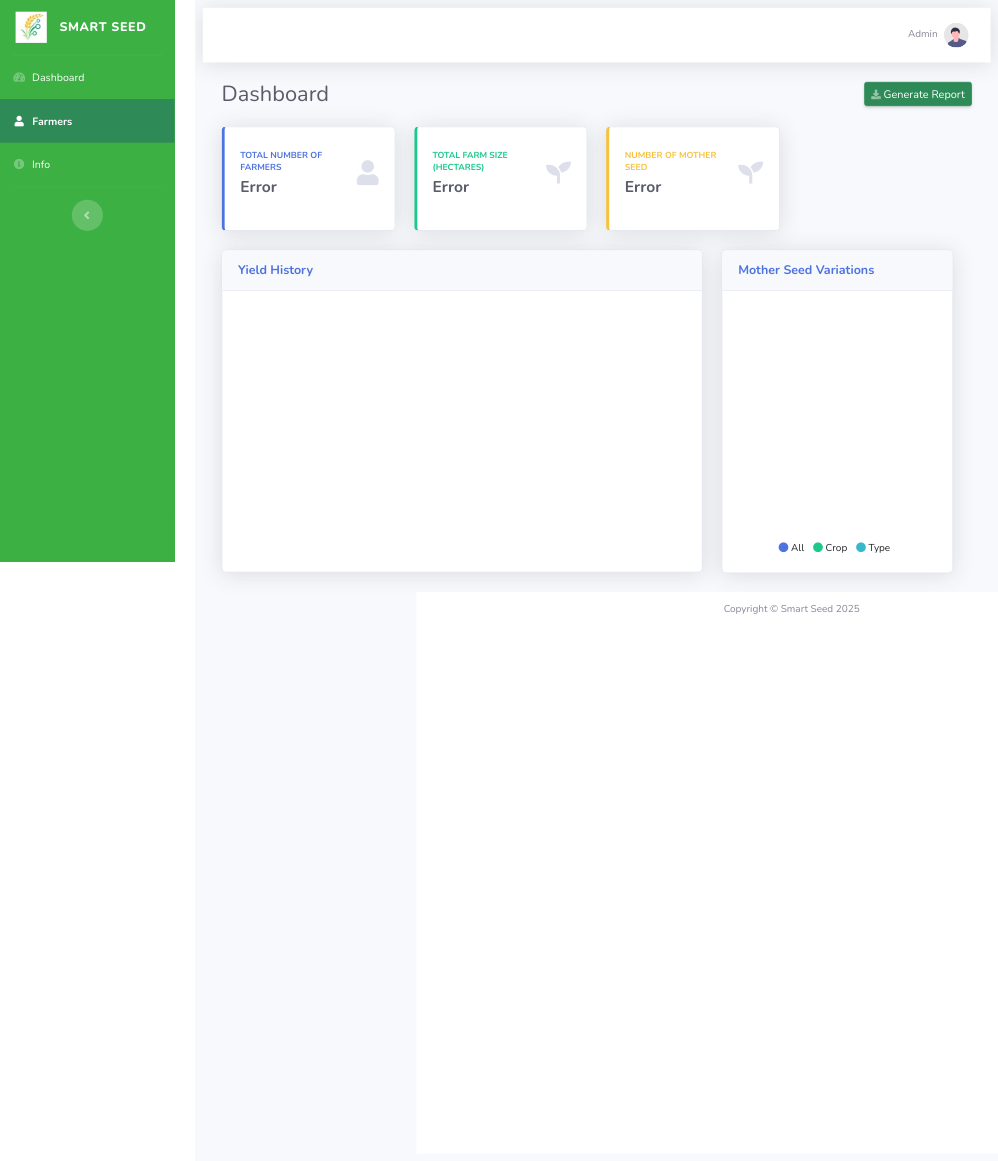
Repository: IFoundGeorge/Smart-Seed-v8-master
Page: src/index.html
An editor plug-in stored every save of this project. The page is shown before and after the next save, followed by the edit.
The browser window is 1280 px wide. The pictures show the whole page, at 78% of full size.
The page's requests for data from a server got no answer. Some web libraries are served in a nearby version.

Above is the page before, as saved 2025-03-26 02:24:47.

After the next save:
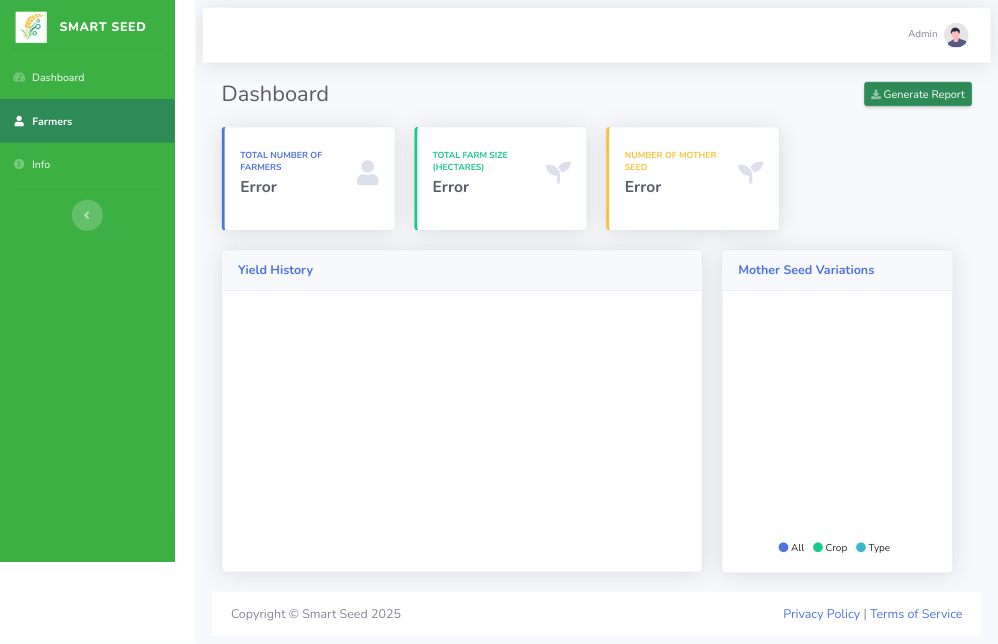
Console error: ReferenceError: jQuery is not defined
Saved 9 s later.
--- a/src/index.html
+++ b/src/index.html
@@ -518,24 +518,22 @@
             <!-- End of Main Content -->
 
             <!-- Footer -->
-            <div id="wrapper">
-                <div id="content-wrapper" class="d-flex flex-column">
-
-                        <!-- Page content goes here -->
+            <footer class="sticky-footer bg-white">
+                <div class="container my-auto">
+                    <div class="row">
+                        <div class="col-md-6 text-center text-md-left">
+                            <span>Copyright &copy; Smart Seed 2025</span>
+                        </div>
+                        <div class="col-md-6 text-center text-md-right">
+                            <a href="privacy-policy.html" class="text-primary">Privacy Policy</a> |
+                            <a href="terms-of-service.html" class="text-primary">Terms of Service</a>
+                        </div>
                     </div>
-                    <footer class="sticky-footer bg-white">
-                        <div class="container my-auto">
-                            <div class="copyright text-center my-auto">
-                                <span>Copyright &copy; Smart Seed 2025</span>
-                            </div>
-                        </div>
-                    </footer>
                 </div>
-            </div>
+            </footer>
             <!-- End of Footer -->
 
-        </div>
-    </div>
+
     <!-- End of Page Wrapper -->
 
     <!-- Scroll to Top Button-->
@@ -556,22 +554,6 @@
                 </div>
                 <div class="modal-body">Select "Logout" below if you are ready to end your current session.</div>
                 <div class="modal-footer">
-                    <button class="btn btn-secondary" type="button" data-dismiss="modal">Cancel</button>
-                    <a class="btn btn-primary" href="login.html">Logout</a>
-                </div>
-            </div>
-        </div>
-    </div>
-
-    <!-- Bootstrap core JavaScript-->
-    <script src="../vendor/jquery/jquery.min.js"></script>
-    <script src="../vendor/bootstrap/js/bootstrap.bundle.min.js"></script>
-    <script src="https://cdn.jsdelivr.net/npm/chart.js"></script>
-
-
-    <!-- Core plugin JavaScript-->
-    <script src="../vendor/jquery-easing/jquery.easing.min.js"></script>
-
     <!-- Custom scripts for all pages-->
     <script src="../js/sb-admin-2.min.js"></script>
 
